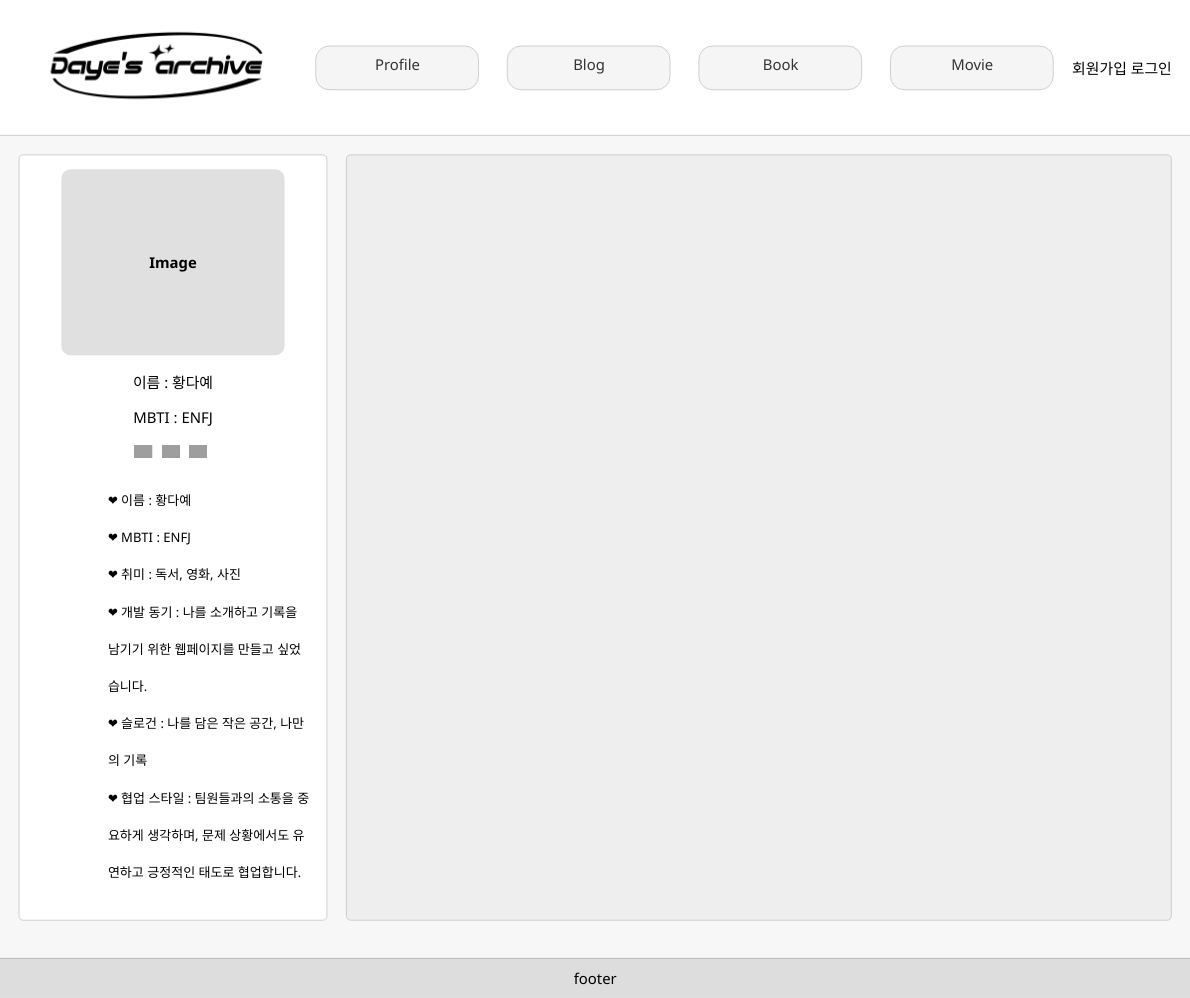
Repository: HWANG-DAYE/spring_project
Page: http://localhost/daye_archive/WEB-INF/views/main.jsp
These files come from the project's save history. The page is drawn as it stood at one moment and after the next save; the edit follows.
The browser window is 1280 px wide. The pictures show the whole page, at 93% of full size.
Pictures or frames that could not be fetched are drawn as grey boxes. The page is served by Tomcat 9. Nobody is signed in. The template is opened directly, without the code that normally fills it, so the values that code supplies are empty.

Above is the page before, as saved 2025-08-06 06:45:27.

After the next save:
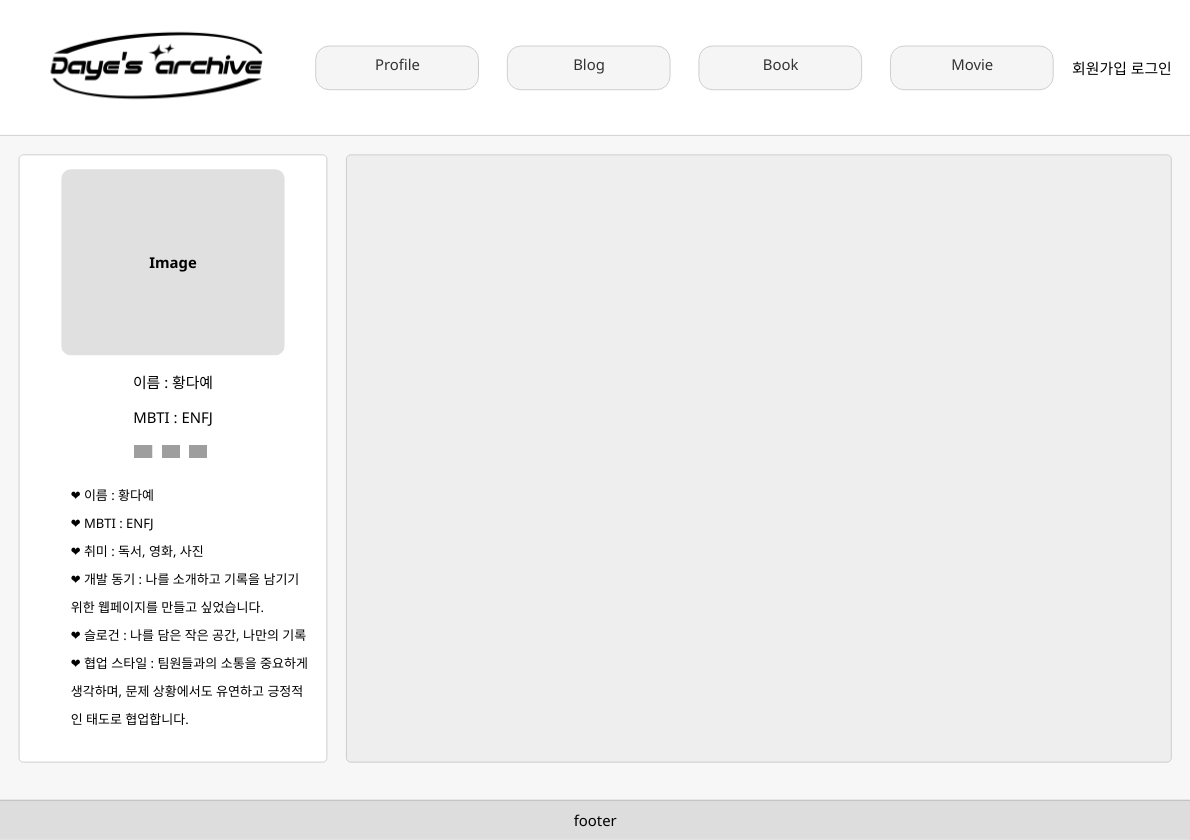
Saved 31 s later.
--- a/daye_archive/src/main/webapp/WEB-INF/views/main.jsp
+++ b/daye_archive/src/main/webapp/WEB-INF/views/main.jsp
@@ -64,12 +64,11 @@ header {
 	text-align: left;
 	list-style: none;
 	margin-top: 20px;
-	margin-left: 40px;
 }
 
 .profile li {
 	font-size: 14px;
-	line-height: 40px;
+	line-height: 30px;
 }
 
 .content {
